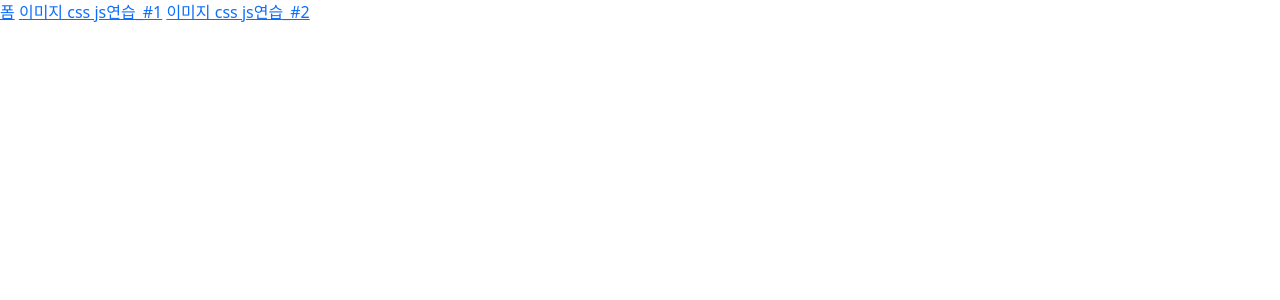
Repository: ssung2sin/sist0615_spring
Page: http://localhost/SpringMvc4/
An editor plug-in stored every save of this project. The page is shown before and after the next save, followed by the edit.
The browser window is 1280 px wide. The pictures show the whole page.
Some web fonts or font styles are not loaded; a fallback is used. The page is served by Tomcat 9.

Above is the page before, as saved 2023-10-10 01:55:24.

After the next save:
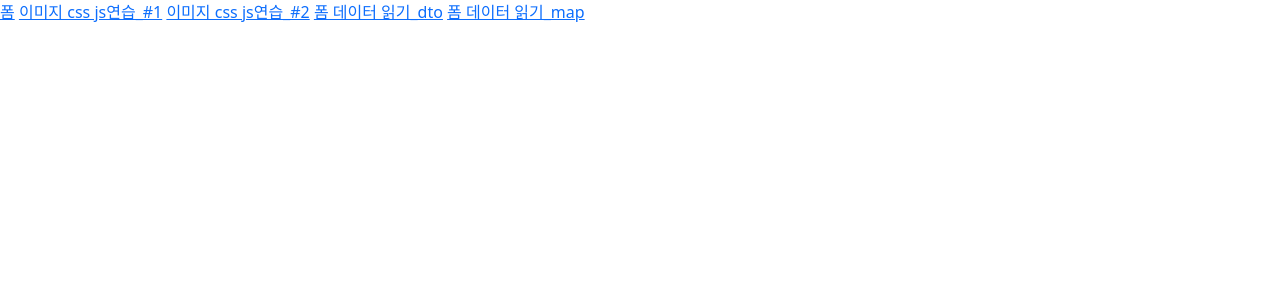
Saved 19 min 6 s later.
--- a/SpringMvc4/src/main/webapp/index.jsp
+++ b/SpringMvc4/src/main/webapp/index.jsp
@@ -16,5 +16,7 @@
 	<%-- <c:redirect url="board/form1"/> --%>
 	<a href="board/result2">이미지 css js연습_#1</a>
 	<a href="shop/list">이미지 css js연습_#2</a>
+	<a href="shop/form2">폼 데이터 읽기_dto</a>
+	<a href="shop/form3">폼 데이터 읽기_map</a>
 </body>
 </html>
